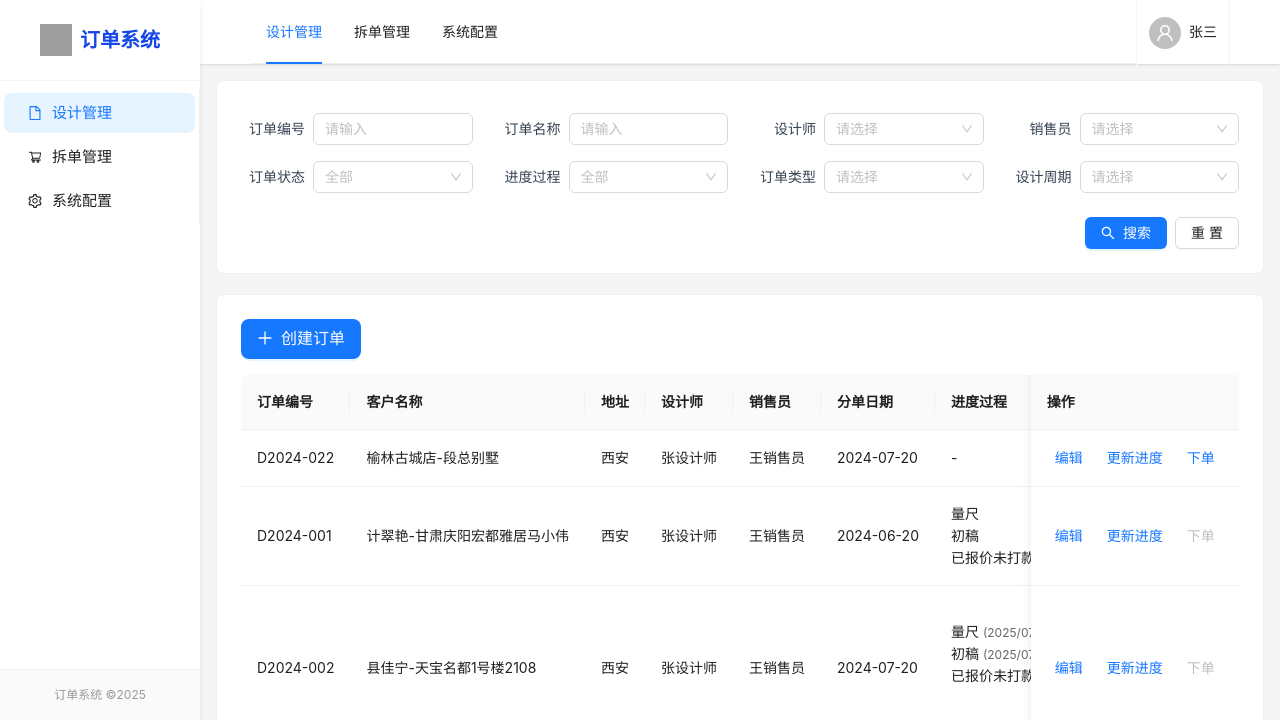
Repository: Garyxiwang/order_system
Page: /design (app in front/)
The author's editor kept a copy of each file at every save. The page is drawn from the files as they stood at one save, then again after a run of saves.
The browser window is 1280 px wide. The pictures show the whole page.
Pictures or frames that could not be fetched are drawn as grey boxes. An inner scrolling area shows only its first screen. The project was rebuilt for these pictures with package versions that can differ from the ones it lists, and the page was loaded fresh each time. The framework's server and built-in components were replaced by stand-ins that run in the browser. Also part of the build but not shown: front/next.config.js, front/next.config.ts.

Above is the page before, as saved 2025-08-07 14:24:38.

After the next 2 saves:
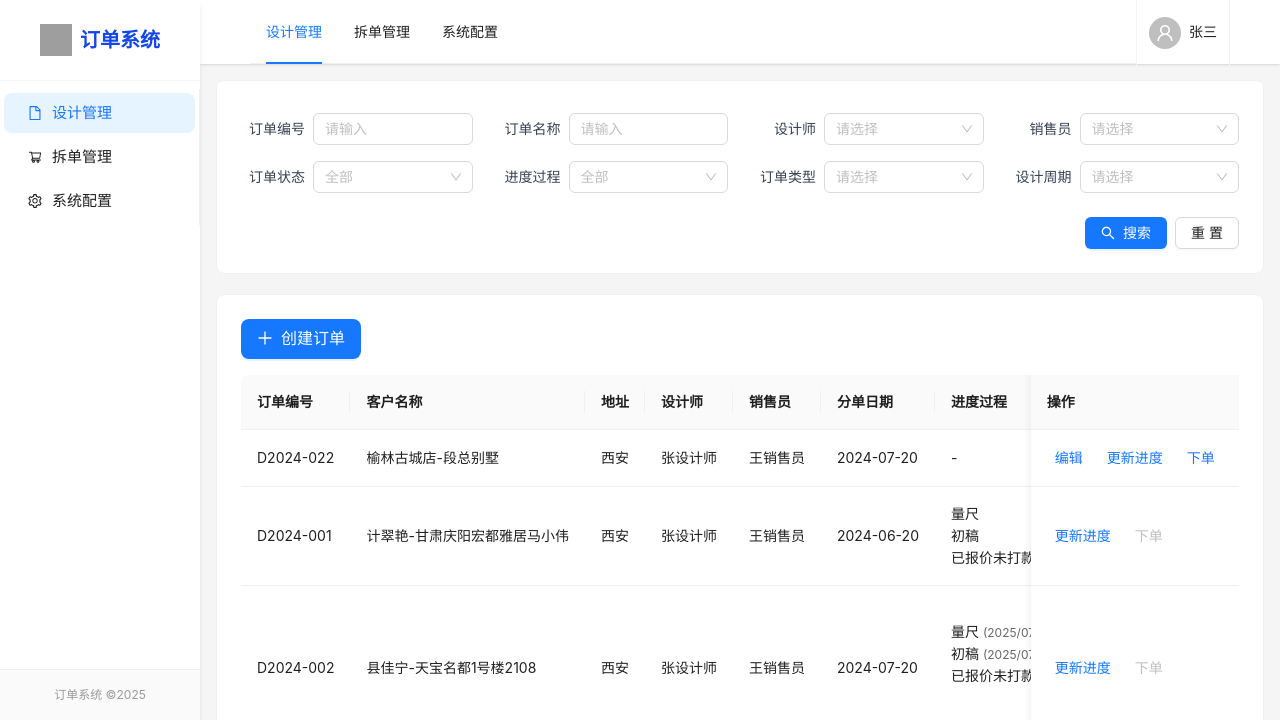
The 2 saves are shown as one change because they came seconds apart.
The last was saved 5 min 16 s later.
--- a/front/src/app/design/page.tsx
+++ b/front/src/app/design/page.tsx
@@ -302,15 +302,6 @@ const DesignPage: React.FC = () => {
         );
       },
     },
-    // {
-    //   title: "",
-    //   dataIndex: "progressDetail",
-    //   key: "progressDetail",
-    //   render: (text: string) => {
-    //     if (!text) return "-";
-    //     return text;
-    //   },
-    // },
     {
       title: "下单类目",
       dataIndex: "category",
@@ -375,13 +366,16 @@ const DesignPage: React.FC = () => {
       fixed: "right",
       render: (_: unknown, record: DesignOrder) => (
         <Space>
-          <Button
-            type="link"
-            size="small"
-            onClick={() => showEditModal(record)}
-          >
-            编辑
-          </Button>
+          {record.state !== "已下单" && (
+            <Button
+              type="link"
+              size="small"
+              onClick={() => showEditModal(record)}
+            >
+              编辑
+            </Button>
+          )}
+
           <Button
             type="link"
             size="small"
